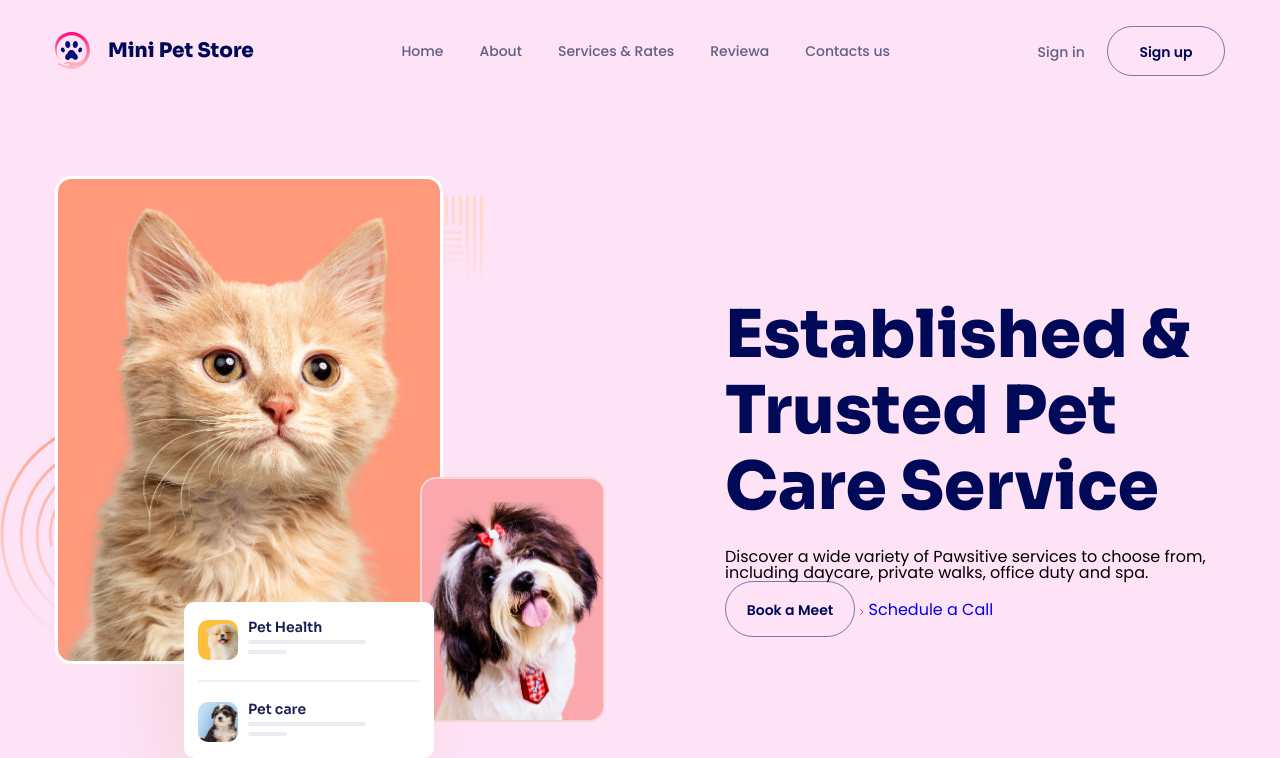
Repository: Tran-Dat/ASM-HTML5-F8-04
Page: index.html
An editor plug-in stored every save of this project. The page is shown before and after the next save, followed by the edit.
The browser window is 1280 px wide. The pictures show the whole page.

Above is the page before, as saved 2023-06-12 16:46:57.

### index.html
<!DOCTYPE html>
<html lang="en">
    <head>
        <meta charset="UTF-8" />
        <meta name="viewport" content="width=device-width, initial-scale=1.0" />
        <title>PS27621-TranTanDat-ASM</title>

        <!-- favicon -->
        <link
            rel="apple-touch-icon"
            sizes="57x57"
            href="./assets/favicon/apple-icon-57x57.png"
        />
        <link
            rel="apple-touch-icon"
            sizes="60x60"
            href="./assets/favicon/apple-icon-60x60.png"
        />
        <link
            rel="apple-touch-icon"
            sizes="72x72"
            href="./assets/favicon/apple-icon-72x72.png"
        />
        <link
            rel="apple-touch-icon"
            sizes="76x76"
            href="./assets/favicon/apple-icon-76x76.png"
        />
        <link
            rel="apple-touch-icon"
            sizes="114x114"
            href="./assets/favicon/apple-icon-114x114.png"
        />
        <link
            rel="apple-touch-icon"
            sizes="120x120"
            href="./assets/favicon/apple-icon-120x120.png"
        />
        <link
            rel="apple-touch-icon"
            sizes="144x144"
            href="./assets/favicon/apple-icon-144x144.png"
        />
        <link
            rel="apple-touch-icon"
            sizes="152x152"
            href="./assets/favicon/apple-icon-152x152.png"
        />
        <link
            rel="apple-touch-icon"
            sizes="180x180"
            href="./assets/favicon/apple-icon-180x180.png"
        />
        <link
            rel="icon"
            type="image/png"
            sizes="192x192"
            href="./assets/favicon/android-icon-192x192.png"
        />
        <link
            rel="icon"
            type="image/png"
            sizes="32x32"
            href="./assets/favicon/favicon-32x32.png"
        />
        <link
            rel="icon"
            type="image/png"
            sizes="96x96"
            href="./assets/favicon/favicon-96x96.png"
        />
        <link
            rel="icon"
            type="image/png"
            sizes="16x16"
            href="./assets/favicon/favicon-16x16.png"
        />
        <link rel="manifest" href="./assets/favicon/manifest.json" />
        <meta name="msapplication-TileColor" content="#ffffff" />
        <meta
            name="msapplication-TileImage"
            content="./assets/favicon/ms-icon-144x144.png"
        />
        <meta name="theme-color" content="#ffffff" />

        <!-- reset css -->
        <link rel="stylesheet" href="./assets/css/reset.css" />

        <!-- Font gg -->
        <link rel="preconnect" href="https://fonts.googleapis.com" />
        <link rel="preconnect" href="https://fonts.gstatic.com" crossorigin />
        <link
            href="https://fonts.googleapis.com/css2?family=Poppins:wght@300;400;500;600&family=Sora:wght@600;700;800&display=swap"
            rel="stylesheet"
        />

        <!-- styles css -->
        <link rel="stylesheet" href="./assets/css/styles.css" />
    </head>
    <body>
        <!-- Header -->
        <header class="header">
            <div class="container">
                <div class="header__inner">
                    <!-- Logo -->
                    <div class="header-logo">
                        <img src="./assets/img/logo.svg" alt="" class="logo" />
                        <h1 class="header-logo__title">
                            <a href="#!">Mini Pet Store</a>
                        </h1>
                    </div>

                    <!-- navbar -->
                    <nav class="navbar">
                        <ul class="navbar__list">
                            <li class="navbar__item">
                                <a href="#" class="navbar__link">Home</a>
                            </li>
                            <li class="navbar__item">
                                <a href="#" class="navbar__link">About</a>
                            </li>
                            <li class="navbar__item">
                                <a href="#" class="navbar__link"
                                    >Services & Rates</a
                                >
                            </li>
                            <li class="navbar__item">
                                <a href="#" class="navbar__link">Reviewa</a>
                            </li>
                            <li class="navbar__item">
                                <a href="#" class="navbar__link">Contacts us</a>
                            </li>
                        </ul>
                    </nav>

                    <!-- header action -->
                    <div class="header-action">
                        <a href="" class="header-action__link">Sign in</a>
                        <a href="" class="btn header-action__btn">Sign up</a>
                    </div>
                </div>
            </div>
        </header>

        <!-- Hero -->
        <section class="hero">
            <div class="container">
                <div class="hero__inner">
                    <!-- hero media -->
                    <div class="hero__media">
                        <!-- pet-01 -->
                        <div class="hero__img-wrap">
                            <img
                                src="./assets/img/pet-01.png"
                                alt=""
                                class="hero__img"
                            />

                            <!-- Decorators -->
                            <img
                                src="./assets/img/decor-01.svg"
                                alt=""
                                class="hero__decor hero__decor-left"
                            />
                            <img
                                src="./assets/img/decor-02.svg"
                                alt=""
                                class="hero__decor hero__decor-right"
                            />
                        </div>

                        <!-- Pet-02 -->
                        <div class="hero__img-wrap hero__img-wrap-small">
                            <img
                                src="./assets/img/pet-02.png"
                                alt=""
                                class="hero__img"
                            />
                        </div>

                        <div class="hero__list">
                            <!-- hero list item 1 -->
                            <div class="hero-list-item">
                                <img
                                    src="./assets/img/pet-03.png"
                                    alt=""
                                    class="hero-list-item__thumb"
                                />

                                <div class="hero-list-item__info">
                                    <p class="hero-list-item__title">
                                        Pet Health
                                    </p>
                                    <div class="hero-list-item__skeleton"></div>
                                    <div
                                        class="hero-list-item__skeleton"
                                        style="--width: 39px"
                                    ></div>
                                </div>
                            </div>

                            <span class="hero-list-item__separate"></span>

                            <!-- hero list item 2 -->
                            <div class="hero-list-item">
                                <img
                                    src="./assets/img/pet-04.png"
                                    alt=""
                                    class="hero-list-item__thumb"
                                />

                                <div class="hero-list-item__info">
                                    <p class="hero-list-item__title">
                                        Pet care
                                    </p>
                                    <div class="hero-list-item__skeleton"></div>
                                    <div
                                        class="hero-list-item__skeleton"
                                        style="--width: 39px"
                                    ></div>
                                </div>
                            </div>
                        </div>
                    </div>

                    <!-- hero content -->
                    <section class="hero__content">
                        <h1 class="hero__heading">
                            Established & Trusted Pet Care Service
                        </h1>
                        <p class="hero__desc">
                            Discover a wide variety of Pawsitive services to
                            choose from, including daycare, private walks,
                            office duty and spa.
                        </p>
                        <div class="hero__row">
                            <a href="#!" class="btn">Book a Meet</a>
                            <span class="btn__icon">
                                <svg
                                    width="5"
                                    height="6"
                                    viewBox="0 0 5 6"
                                    fill="none"
                                    xmlns="http://www.w3.org/2000/svg"
                                >
                                    <path
                                        d="M1.48584 0.5L3.98584 3L1.48584 5.5"
                                        stroke="#FD5056"
                                        stroke-linecap="round"
                                        stroke-linejoin="round"
                                    />
                                </svg>
                            </span>
                            <a href="#!" class="hero__cta-link">
                                Schedule a Call
                            </a>
                        </div>
                    </section>
                </div>
            </div>
        </section>
    </body>
</html>

### assets/css/styles.css
* {
    box-sizing: border-box;
}

html {
    font-size: 62.5%;
}

body {
    font-size: 1.6rem;
    font-family: "Poppins", sans-serif;
    background: #fee2f6;
}

/* ============================ common ============================ */

a {
    text-decoration: none;
}

h1,
h2,
h3,
h4,
h5,
h6 {
    font-family: "Sora", sans-serif;
}

input,
textarea,
select,
button {
    font-size: inherit;
    font-family: inherit;
}

.container {
    width: 1170px;
    max-width: calc(100% - 48px);
    margin: 0 auto;
}

.btn {
    --height: 56px;

    display: inline-block;
    min-width: 130px;
    height: var(--height);
    line-height: var(--height);
    border: 1px solid #00095880;
    border-radius: 99px;

    font-weight: 600;
    font-size: 1.4rem;

    text-align: center;
    color: #000958;
}

.btn:hover {
    opacity: 0.9;
}

/* =============== Header =============== */

.header {
    padding: 26px 0;
}

.header__inner {
    display: flex;
    align-items: center;
    justify-content: space-between;
}

.header-logo {
    display: flex;
    align-items: center;
}

.header-logo__title a {
    padding: 8px 18px;
    font-weight: 800;
    font-size: 20px;
    color: #000958;
}

.navbar__list {
    display: flex;
}

.navbar__link,
.header-action__link {
    padding: 8px 18px;
    font-weight: 500;
    font-size: 1.4rem;
    line-height: 1;
    color: #5e6085;
}

.navbar__link:hover {
    color: #000958;
    text-shadow: 1px 0 0 currentColor;
}

.header-action__btn {
    --height: 50px;

    min-width: 118px;
}

/* =============== Hero =============== */
.hero {
    margin-top: 74px;
}

.hero__inner {
    display: flex;
    align-items: center;
    justify-content: space-between;
    column-gap: 120px;
}

.hero__media {
    position: relative;
    display: flex;
    padding-bottom: 94px;
}

.hero__img-wrap {
    position: relative;
    display: flex;
    align-items: flex-end;
    justify-content: center;
    width: 388px;
    height: 488px;
    background: #fe997b;
    border-radius: 16px;
    border: 3px solid #fff;
}

.hero__img {
    max-width: 100%;
    max-height: 100%;
    border-radius: inherit;
}

.hero__decor {
    z-index: -1;
    position: absolute;
}

.hero__decor-left {
    left: -58px;
    bottom: 10px;
}

.hero__decor-right {
    top: 16px;
    right: -43px;
}

.hero__img-wrap-small {
    align-self: flex-end;
    margin: 0 0 -58px -23px;
    width: 185px;
    height: 245px;
    background: #faa7ad;
    border-radius: 16px;
    border: 2px solid #fad5d8;
}

.hero__list {
    position: absolute;
    left: 129px;
    bottom: 0;
    width: 250px;
    height: 156px;
    padding: 18px 14px;
    background: #ffffff;
    box-shadow: -17px 14px 68px -4px rgba(207, 174, 132, 0.25);
    border-radius: 10px;
}

.hero-list-item {
    display: flex;
}

.hero-list-item__thumb {
    height: 40px;
    width: 40px;
    border-radius: 10px;
    object-fit: cover;
    background: #fec23f;
}

.hero-list-item__info {
    margin-left: 10px;
}

.hero-list-item__title {
    font-family: Sora, sans-serif;
    font-weight: 600;
    font-size: 1.4rem;
    line-height: 1;
    color: #181e52;
}

.hero-list-item__skeleton {
    margin-top: 6px;
    width: var(--width, 118px);
    height: 4px;
    background: #000958;
    opacity: 0.08;
    border-radius: 10px;
}

.hero-list-item__separate {
    display: block;
    width: 100%;
    height: 2px;
    margin: 20px 0;
    background: #f2f2f2;
    border-radius: 99px;
}

.hero-list-item:nth-of-type(2) .hero-list-item__thumb {
    background: #c6e2fa;
}

.hero__heading {
    font-weight: 800;
    font-size: 6.6rem;
    line-height: 1.15;
    color: #000958;
}

.hero__desc {
    margin-top: 24px;
}

Loaded but not shown: assets/css/reset.css (common file)

After the next save:
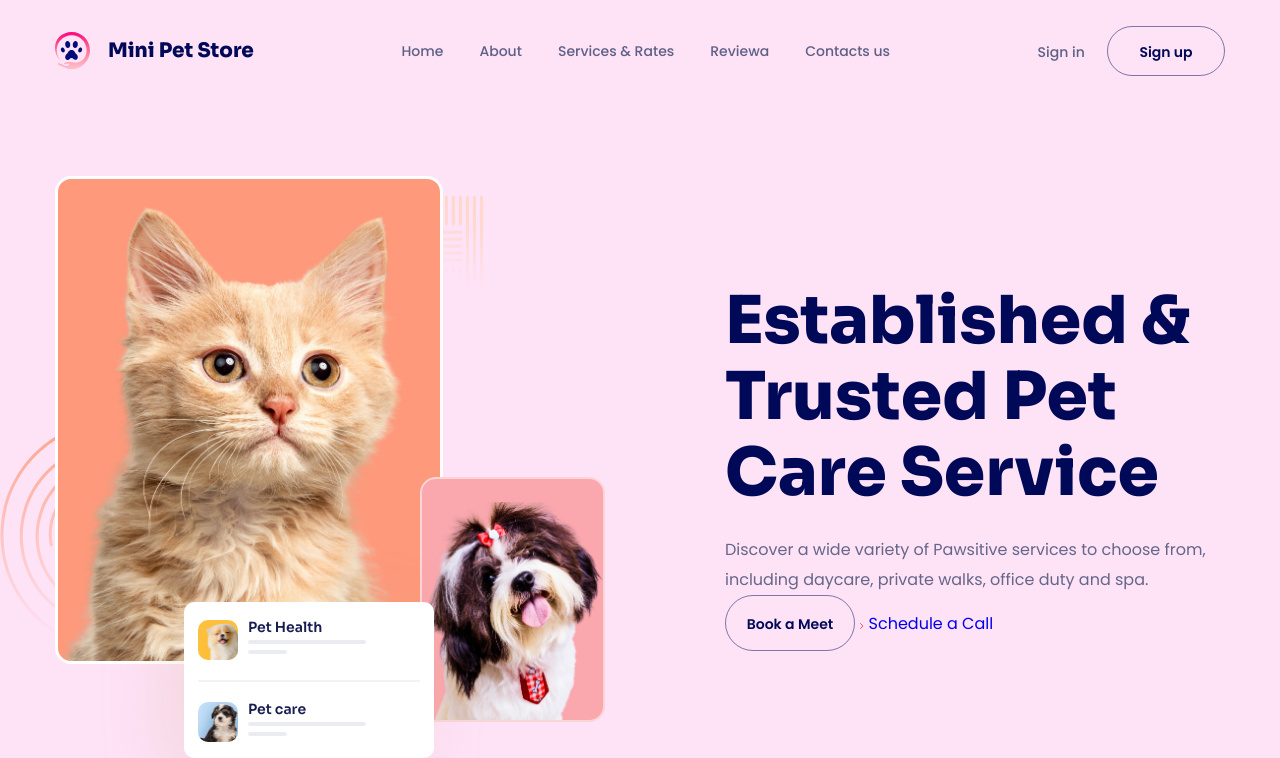
Saved 10 s later.
--- a/assets/css/styles.css
+++ b/assets/css/styles.css
@@ -238,4 +238,10 @@
 
 .hero__desc {
     margin-top: 24px;
-}
+    font-weight: 400;
+    font-size: 16px;
+    line-height: 30px;
+    /* or 188% */
+
+    color: #656689;
+}
